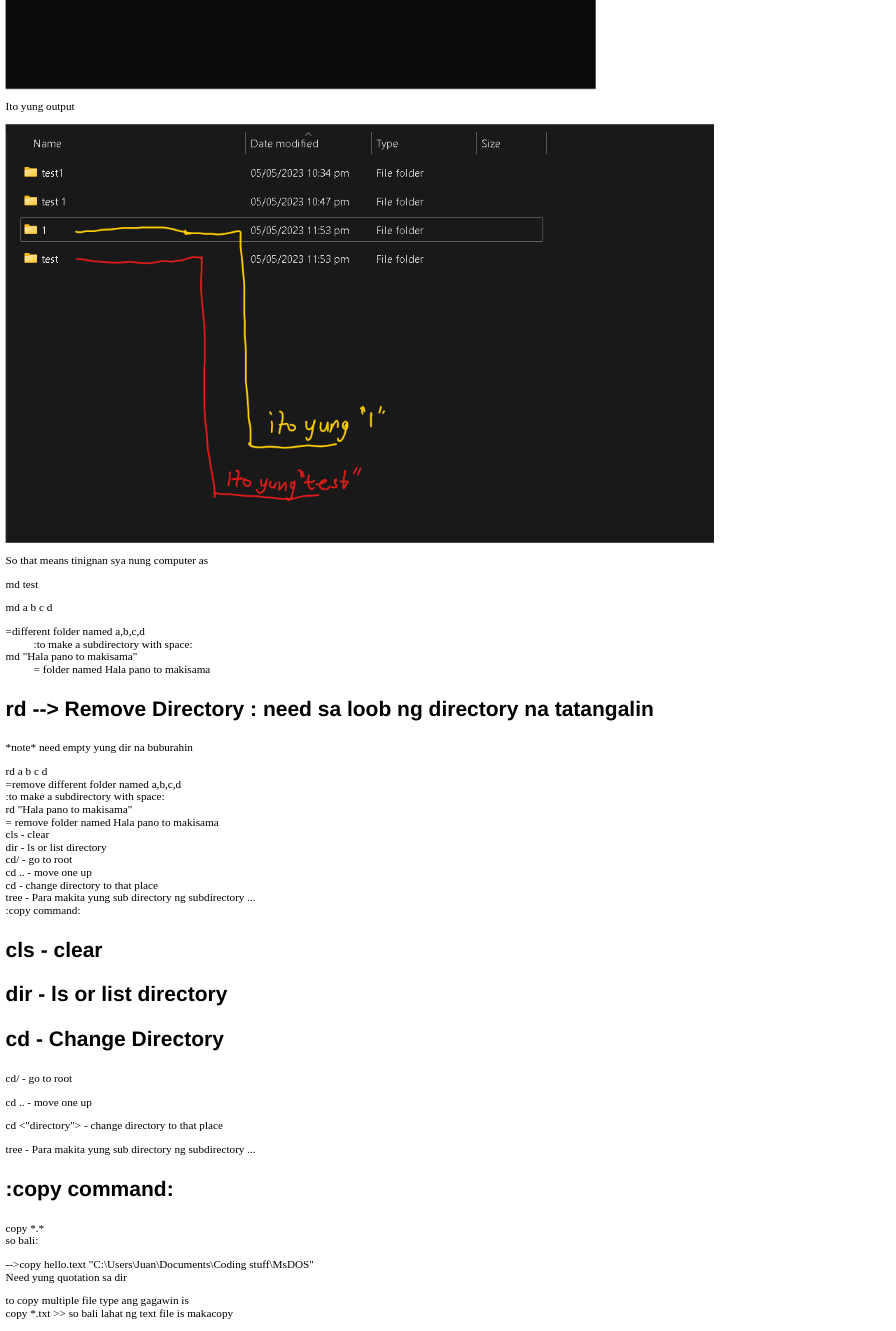
Repository: zwainer/Comprog
Page: index.html
An editor plug-in stored every save of this project. The page is shown before and after a run of saves, followed by the edit.
The browser window is 1280 px wide. The pictures show the part of the page from y = 3328 to 5248 px (the page is 5230 px tall before and 5248 px after), at 70% of full size.

Above is the page before, as saved 2023-05-05 23:56:36.

### index.html
<html>
	<head>
		<link rel="stylesheet" href="index.css">
	</head>

	<h1>Comprog Notes Ko</h1>

	<p class="StartCommand">
		md
		<br/>

	</p>

	<p>md means make directory <br/>
	</p>
	<p>To use it :
		<dl>
			<dd>
				write md then
			</dd>

			<dd>
				yung name nung folder
			</dd>
		</dl>

	<br/>
	</p>


	</p>

	<img src="pictures/1_1.png">

	<p>Ito yung Output <br/></p>


	<img src="pictures/2.png">

	<h2>What if gusto nyong may space yung folder name<br/></h2>
	<dl>
		<dd>
			<p> To do it, need nyong lagyan ng "" quotation mark yung folder name nyo<br/></p>
		</dd>

		<dd>
			<p> So bali magiging cd "test 1"<br/></p>
		</dd>
	</dl>

	<img src="pictures/3.png">

	<p>Ito yung Output <br/></p>

	<img src="pictures/4.png">


	<h2>What will happen pag walang "" <-- ganire<br/></h2>

	<p>Gagawa sya ng multiple folder<br/></p>

	<img src="pictures/5.png">

	<p>Ito yung output<br/></p>

	<img src="pictures/6.png">

	<p>So that means tinignan sya nung computer as <br/></p>

	<p>md test <br/>
	</p>













	<p>md a b c d  <br/></p>

	<dl>
<dt>=different folder named a,b,c,d<br/></dt>

	<dd>:to make a subdirectory with space:<br/></dd>

	<dt>md "Hala pano to makisama"<br/>
	</dt>
		<dd>= folder named Hala pano to makisama<br/></dd>
</dl>

<p class="StartCommand">rd --> Remove Directory : need sa loob ng directory na tatangalin<br/></p>


	<p>
		*note* need empty yung dir na buburahin
		<br/>
	</p>

		rd a b c d <br/>

		=remove different folder named a,b,c,d<br/>

	:to make a subdirectory with space:<br/>

	rd "Hala pano to makisama"<br/>

		= remove folder named Hala pano to makisama	<br/>



cls - clear<br/>

dir - ls or list directory<br/>

cd/ - go to root<br/>

cd .. - move one up<br/>

cd <directory> - change directory to that place<br/>

tree - Para makita yung sub directory ng subdirectory ...<br/>

:copy command:<br/>
<p class="StartCommand">cls - clear<br/></p>

<p class="StartCommand">dir - ls or list directory<br/></p>

<p class="StartCommand">cd - Change Directory<br/></p>


<p >cd/ - go to root<br/></p>

<p>cd .. - move one up<br/></p>

<p >cd <"directory"> - change directory to that place<br/></p>

<p >tree - Para makita yung sub directory ng subdirectory ...<br/></p>

<p class="StartCommand">:copy command:<br/></p>


copy *.*<br/>

	so bali: <br/>
		<p>
				-->copy hello.text "C:\Users\Juan\Documents\Coding stuff\MsDOS"<br/>
			Need yung quotation sa dir
			<br/>
		</p>

		<p>
	to copy multiple file type ang gagawin is </br>
	copy *.txt >> so bali lahat ng text file is makacopy</br>



		</p>
</html>

### index.css
.StartCommand{
    font-size: 30px;
    font-family: 'Franklin Gothic Medium';
    font-weight: bold;
}

After the next 2 saves:
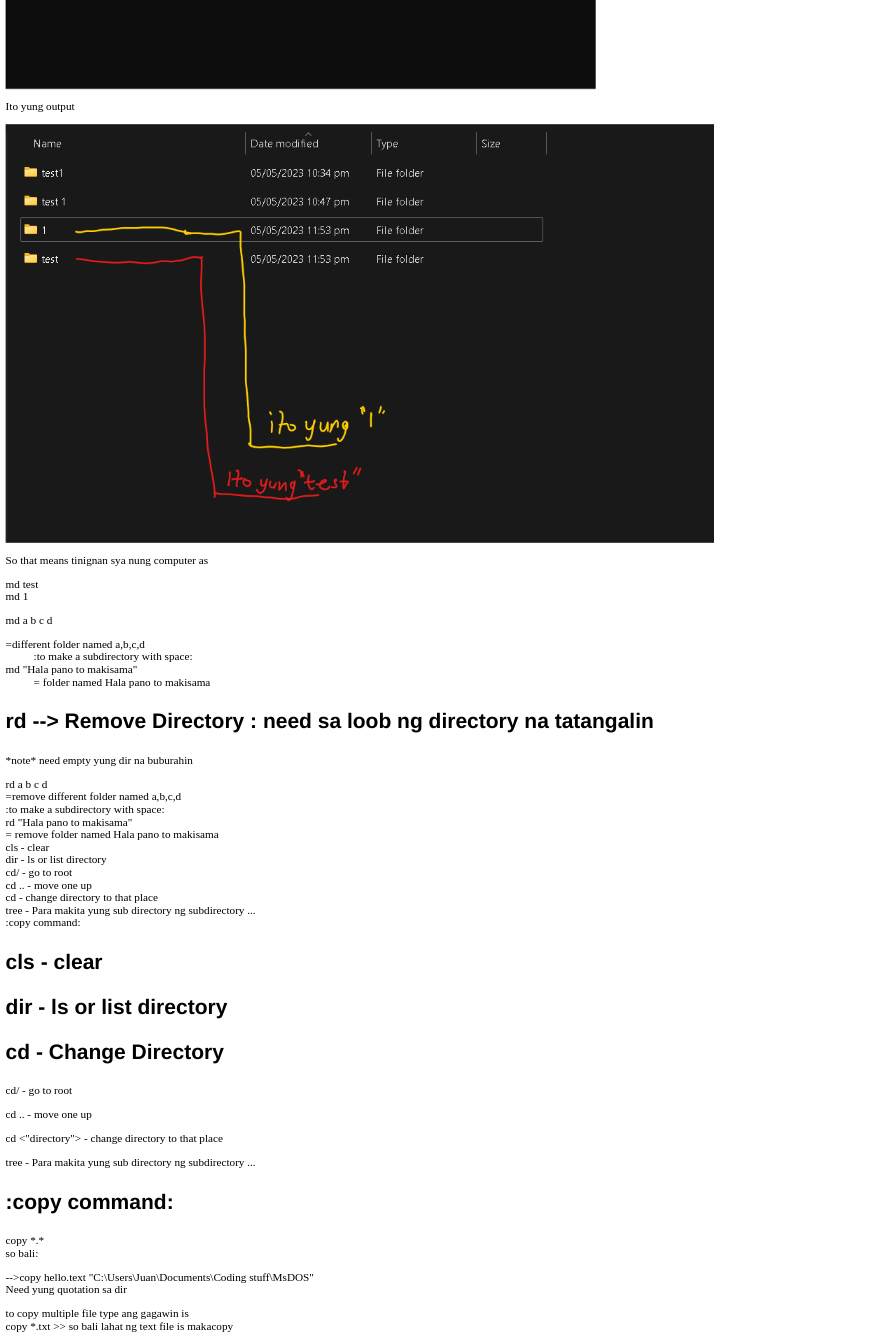
The 2 saves are shown as one change because they came seconds apart.
The last was saved 8 s later.
--- a/index.html
+++ b/index.html
@@ -68,7 +68,7 @@
 	<p>So that means tinignan sya nung computer as <br/></p>
 
 	<p>md test <br/>
-	</p>
+		md 1</p>
 
 
 
